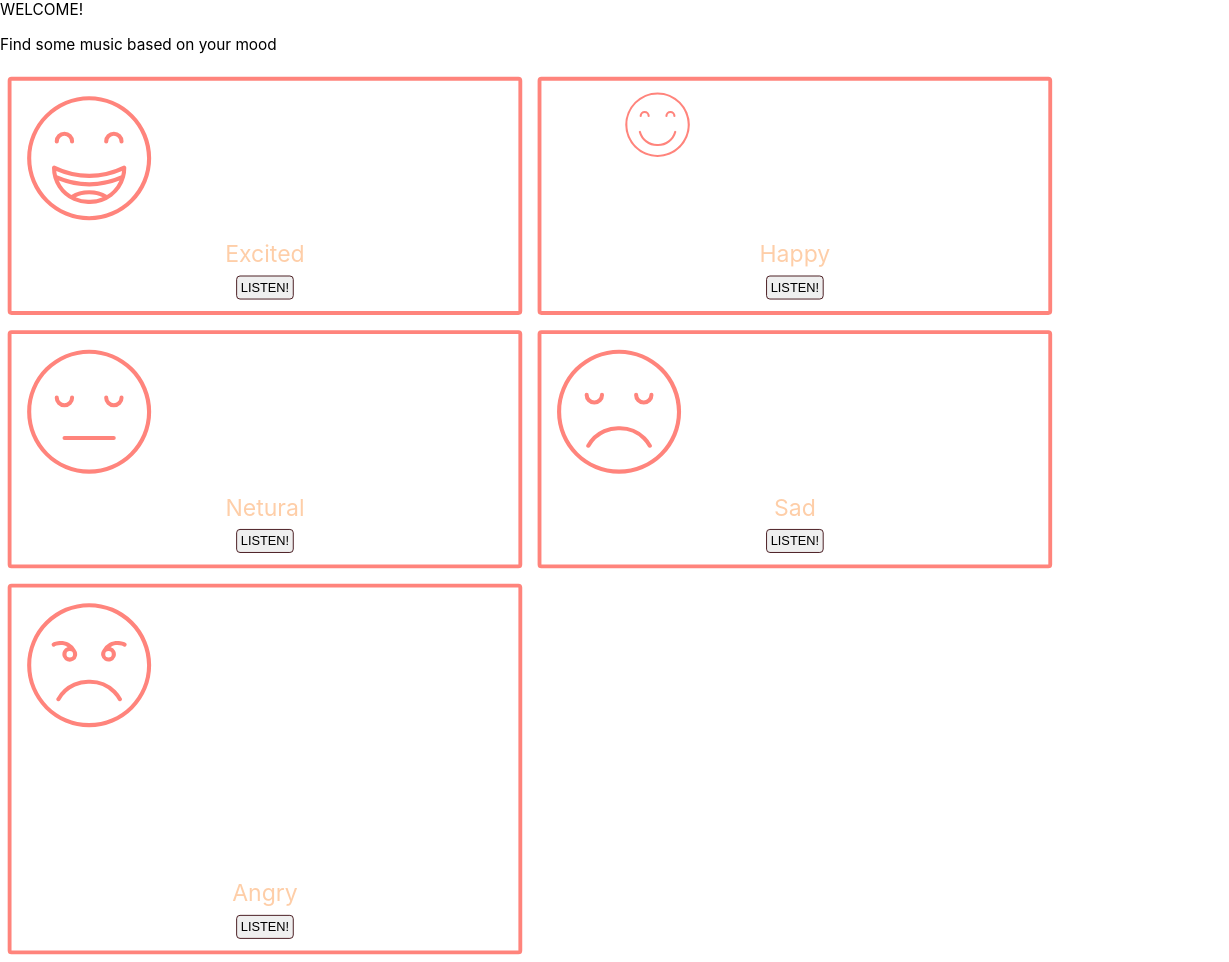
Repository: majakesin/moodify-app
Page: /
These files come from the project's save history. The page is drawn as it stood at one moment and after the next save; the edit follows.
The browser window is 1280 px wide. The pictures show the whole page, at 96% of full size.
The project was rebuilt for these pictures with package versions that can differ from the ones it lists, and the page was loaded fresh each time.

Above is the page before, as saved 2023-08-21 13:06:10.

### public/index.html
<!DOCTYPE html>
<html lang="en">
  <head>
    <meta charset="utf-8" />
    <link rel="icon" href="%PUBLIC_URL%/logo.svg" />
    <meta name="viewport" content="width=device-width, initial-scale=1" />
    <meta name="theme-color" content="#000000" />
    <meta
      name="description"
      content="Moodify -- App that gives yours ears the best music based on your mood"
    />
    <link rel="apple-touch-icon" href="%PUBLIC_URL%/logo.svg" />
    <!--
      manifest.json provides metadata used when your web app is installed on a
      user's mobile device or desktop. See https://developers.google.com/web/fundamentals/web-app-manifest/
    -->
    <link rel="manifest" href="%PUBLIC_URL%/manifest.json" />
    <!--
      Notice the use of %PUBLIC_URL% in the tags above.
      It will be replaced with the URL of the `public` folder during the build.
      Only files inside the `public` folder can be referenced from the HTML.

      Unlike "/favicon.ico" or "favicon.ico", "%PUBLIC_URL%/favicon.ico" will
      work correctly both with client-side routing and a non-root public URL.
      Learn how to configure a non-root public URL by running `npm run build`.
    -->
    <title>Moodify</title>
  </head>
  <body>
    <noscript>You need to enable JavaScript to run this app.</noscript>
    <div id="root"></div>
    <!--
      This HTML file is a template.
      If you open it directly in the browser, you will see an empty page.

      You can add webfonts, meta tags, or analytics to this file.
      The build step will place the bundled scripts into the <body> tag.

      To begin the development, run `npm start` or `yarn start`.
      To create a production bundle, use `npm run build` or `yarn build`.
    -->
  </body>
</html>

### src/App.js
import "./App.css";
import ChooseMood from "./pages/ChooseMood";

function App() {
  return (
    <div className="App">
      <ChooseMood />
    </div>
  );
}

export default App;

### src/App.css
button {
  border: 1px solid var(--first-color);
  border-radius: 4px;
  padding: 4px;
  margin: 4px;
}

button:hover {
  cursor: pointer;
}

### src/pages/ChooseMood/index.jsx
import { moods } from 'src/data/moods'
import Mood from 'src/components/Mood';

import styles from './index.module.css';

const ChooseMood = () => {

    return (
        <div>
            WELCOME!
            <p>Find some music based on your mood </p>
            <div className={styles['mood-list']}>
                {moods.map(({ type, icon }) => {
                    return (<Mood type={type} icon={icon} />)
                })}
            </div>
        </div>
    )

};

export default ChooseMood;

### src/data/moods.js
export const moods = [
    {
        type: 'Excited',
        icon: <svg id="SvgjsSvg1081" xmlns="http://www.w3.org/2000/svg" version="1.1" xmlnsXlink="http://www.w3.org/1999/xlink" xmlnsSvgjs="http://svgjs.com/svgjs">
                <defs id="SvgjsDefs1082"></defs>
                <g id="SvgjsG1083">
                    <svg   preserveAspectRatio="xMidYMid meet" xmlns="http://www.w3.org/2000/svg" data-name="Layer 1" viewBox="0 0 1012 1012" width="288" height="288">
                        <path fill="currentcolor" d="M416.51318,95.48682A226.99992,226.99992,0,1,0,95.48682,416.51318,226.99992,226.99992,0,1,0,416.51318,95.48682ZM256,468C139.103,468,44,372.897,44,256S139.103,44,256,44s212,95.103,212,212S372.897,468,256,468ZM137.5,202a7.50006,7.50006,0,0,0,7.5-7.5,20.5,20.5,0,0,1,41,0,7.5,7.5,0,0,0,15,0,35.5,35.5,0,0,0-71,0A7.50006,7.50006,0,0,0,137.5,202Zm181,0a7.50006,7.50006,0,0,0,7.5-7.5,20.5,20.5,0,0,1,41,0,7.5,7.5,0,0,0,15,0,35.5,35.5,0,0,0-71,0A7.50006,7.50006,0,0,0,318.5,202Zm69.95947,82.13037a7.49875,7.49875,0,0,0-7.27832-.356A284.51645,284.51645,0,0,1,257.5,313h-1.48a284.55042,284.55042,0,0,1-125.2002-29.2251A7.4999,7.4999,0,0,0,120,290.5a132.31839,132.31839,0,0,0,79.15625,121.32324A131.47888,131.47888,0,0,0,252.5,423h7a132.5854,132.5854,0,0,0,127.794-97.37988A133.06894,133.06894,0,0,0,392,290.5,7.5003,7.5003,0,0,0,388.45947,284.13037ZM259.5,408h-7a116.58888,116.58888,0,0,1-46.02222-9.36157C219.72205,391.8783,237.33752,388,256.002,388c18.66236,0,36.27466,3.87708,49.51734,10.63538A116.56076,116.56076,0,0,1,259.5,408Zm83.08691-34.41309a117.56809,117.56809,0,0,1-21.38024,16.93219C305.07166,379.48517,281.17847,373,256.002,373c-25.18383,0-49.0852,6.48932-65.22168,17.52966a116.81051,116.81051,0,0,1-46.07495-53.13611,299.90773,299.90773,0,0,0,111.31323,21.61036c.5044,0,1.01612-.00147,1.52051-.00391A300.023,300.023,0,0,0,367.2478,337.40454,117.86031,117.86031,0,0,1,342.58691,373.58691ZM373.6593,318.347A284.8703,284.8703,0,0,1,257.46094,344c-.49219.00293-.97412.00391-1.46387.00391a284.90227,284.90227,0,0,1-117.65942-25.65967,117.74477,117.74477,0,0,1-2.72388-15.77832A299.64178,299.64178,0,0,0,256.02,328h1.519a299.80874,299.80874,0,0,0,118.84668-25.43555A117.6884,117.6884,0,0,1,373.6593,318.347Z" class="color2c2b2d svgShape"></path>
                    </svg>
                </g>
             </svg>
    },
    {
        type: 'Happy',
        icon: <svg id="SvgjsSvg1102" xmlns="http://www.w3.org/2000/svg" version="1.1" xmlnsXlink="http://www.w3.org/1999/xlink" xmlnsSvgjs="http://svgjs.com/svgjs">
                <defs id="SvgjsDefs1103"></defs>
                <g id="SvgjsG1104">
                    <svg xmlns="http://www.w3.org/2000/svg" data-name="Layer 1" viewBox="0 0 1012 1012" >
                        <path fill="currentcolor" d="M382.042,299.40674a7.496,7.496,0,0,0-9.21582,5.251A117.42927,117.42927,0,0,1,259.5,391h-7a117.41578,117.41578,0,0,1-113.32715-86.33447,7.49971,7.49971,0,1,0-14.46484,3.96875A132.417,132.417,0,0,0,252.5,406h7a132.58733,132.58733,0,0,0,127.793-97.37744A7.4999,7.4999,0,0,0,382.042,299.40674ZM416.51367,95.48682A227.00026,227.00026,0,0,0,95.48633,416.51318,227.00026,227.00026,0,0,0,416.51367,95.48682ZM256,468C139.10254,468,44,372.897,44,256S139.10254,44,256,44s212,95.103,212,212S372.89746,468,256,468ZM137.5,202a7.49974,7.49974,0,0,0,7.5-7.5,20.5,20.5,0,0,1,41,0,7.5,7.5,0,0,0,15,0,35.5,35.5,0,0,0-71,0A7.49974,7.49974,0,0,0,137.5,202Zm181,0a7.49974,7.49974,0,0,0,7.5-7.5,20.5,20.5,0,0,1,41,0,7.5,7.5,0,0,0,15,0,35.5,35.5,0,0,0-71,0A7.49974,7.49974,0,0,0,318.5,202Z" class="color2c2b2d svgShape"></path>
                    </svg>
                </g>
            </svg> ,
    },
    {
        type: 'Netural',
        icon: <svg id="SvgjsSvg1123" width="288" xmlns="http://www.w3.org/2000/svg" version="1.1" xmlnsXlink="http://www.w3.org/1999/xlink" xmlnsSvgjs="http://svgjs.com/svgjs">
                <defs id="SvgjsDefs1124"></defs>
                <g id="SvgjsG1125">
                    <svg xmlns="http://www.w3.org/2000/svg" data-name="Layer 1" viewBox="0 0 1012 1012" width="288" height="288">
                        <path fill="currentcolor" d="M201,204.5a7.5,7.5,0,0,0-15,0,20.5,20.5,0,0,1-41,0,7.5,7.5,0,0,0-15,0,35.5,35.5,0,0,0,71,0ZM374.5,197a7.50006,7.50006,0,0,0-7.5,7.5,20.5,20.5,0,0,1-41,0,7.5,7.5,0,0,0-15,0,35.5,35.5,0,0,0,71,0A7.50006,7.50006,0,0,0,374.5,197ZM416.51318,95.48682A226.99992,226.99992,0,1,0,95.48682,416.51318,226.99992,226.99992,0,1,0,416.51318,95.48682ZM256,468C139.103,468,44,372.897,44,256S139.103,44,256,44s212,95.103,212,212S372.897,468,256,468Zm90-123H166a7.5,7.5,0,0,0,0,15H346a7.5,7.5,0,0,0,0-15Z" class="color2c2b2d svgShape"></path>
                    </svg>
                </g>
            </svg>,
    },
    {
        type: 'Sad',
        icon: <svg id="SvgjsSvg1193" width="288" xmlns="http://www.w3.org/2000/svg" version="1.1" xmlnsXlink="http://www.w3.org/1999/xlink" xmlnsSvgjs="http://svgjs.com/svgjs">
                <defs id="SvgjsDefs1194"></defs>
                <g id="SvgjsG1195">
                    <svg xmlns="http://www.w3.org/2000/svg" data-name="Layer 1" viewBox="0 0 1012 1012" width="288" height="288">
                         <path fill="currentcolor" d="M165.5,230A35.54028,35.54028,0,0,0,201,194.5a7.5,7.5,0,0,0-15,0,20.5,20.5,0,0,1-41,0,7.5,7.5,0,0,0-15,0A35.54028,35.54028,0,0,0,165.5,230Zm209-43a7.50006,7.50006,0,0,0-7.5,7.5,20.5,20.5,0,0,1-41,0,7.5,7.5,0,0,0-15,0,35.5,35.5,0,0,0,71,0A7.50006,7.50006,0,0,0,374.5,187ZM353.19336,347.94678A132.16887,132.16887,0,0,0,259.5,309.14014h-7a131.47793,131.47793,0,0,0-53.34082,11.17529,133.55143,133.55143,0,0,0-62.24854,56.51221,7.50013,7.50013,0,0,0,13.07911,7.34472,118.4576,118.4576,0,0,1,55.21435-50.1289A116.57358,116.57358,0,0,1,252.5,324.14014h7a117.16738,117.16738,0,0,1,83.08691,34.41308,117.92616,117.92616,0,0,1,19.42432,25.62061,7.5,7.5,0,0,0,13.07715-7.34766A132.92018,132.92018,0,0,0,353.19336,347.94678Zm63.31982-252.46A226.99992,226.99992,0,1,0,95.48682,416.51318,226.99992,226.99992,0,1,0,416.51318,95.48682ZM256,468C139.103,468,44,372.897,44,256S139.103,44,256,44s212,95.103,212,212S372.897,468,256,468Z" class="color2c2b2d svgShape"></path>
                    </svg>
                </g>
            </svg>,
    },
    {
        type: 'Angry',
        icon: <svg xmlns="http://www.w3.org/2000/svg" data-name="Layer 1" viewBox="0 0 1012 1012" width="288" height="288">
                <path fill="currentcolor" d="M353.19336,347.94629A132.1737,132.1737,0,0,0,259.5,309.13965h-7a131.5101,131.5101,0,0,0-53.3418,11.17578,133.55212,133.55212,0,0,0-62.24707,56.51172,7.49995,7.49995,0,0,0,13.07813,7.3457A118.46814,118.46814,0,0,1,205.20313,334.043,116.60013,116.60013,0,0,1,252.5,324.13965h7a117.16506,117.16506,0,0,1,83.08691,34.41406,117.92838,117.92838,0,0,1,19.42481,25.62012,7.49957,7.49957,0,1,0,13.07617-7.34766A132.91978,132.91978,0,0,0,353.19336,347.94629ZM416.51367,95.48682A227.00044,227.00044,0,0,0,95.48633,416.51367,227.00044,227.00044,0,0,0,416.51367,95.48682ZM256,468C139.10254,468,44,372.89746,44,256,44,139.103,139.10254,44,256,44s212,95.103,212,212C468,372.89746,372.89746,468,256,468ZM175.12207,188.29736c.96533.53955,1.88086,1.10938,2.769,1.69336a27.02454,27.02454,0,1,0,28.58863,9.52246,62.7776,62.7776,0,0,0-24.04029-24.31005c-27.82519-15.55176-56.1748-2.73292-59.31445-1.21973a7.49994,7.49994,0,1,0,6.50977,13.51367C132.05762,186.33057,153.91113,176.44189,175.12207,188.29736ZM185.12012,204a12,12,0,1,1-12,12A12.01344,12.01344,0,0,1,185.12012,204ZM388.875,173.9834c-3.1416-1.51367-31.49121-14.33447-59.31348,1.21924a62.778,62.778,0,0,0-24.04126,24.31054,26.989,26.989,0,1,0,28.58887-9.52234c.88843-.58435,1.804-1.15429,2.76978-1.694,21.21191-11.85743,43.06347-1.96631,45.48632-.79981A7.49994,7.49994,0,1,0,388.875,173.9834ZM338.87988,216a12,12,0,1,1-12-12A12.01343,12.01343,0,0,1,338.87988,216Z" class="color2c2b2d svgShape"></path>
              </svg>,
    }

]

### src/components/Mood/index.jsx
import styles from './index.module.css';

const Mood = (props) => {

    const { type, icon } = props;

    return (
        <div className={styles.card}>
            <div className={styles.icon}>
                {icon}
            </div>
            <div className={styles.content}>
               <span className={styles.title}> {type} </span>
             <button> LISTEN!</button>
            </div>
        </div>
    )
};

export default Mood;

### src/pages/ChooseMood/index.module.css

.wrap {
 color: var(--first-color);
}

.mood-list {
    display: flex;
    flex-direction: row;
    flex-wrap: wrap;
}

### src/components/Mood/index.module.css

@import '../../styles/variables.css';

.card {
    border: 4px solid var(--third-color);
    border-radius: 4px;
    margin: 8px;
    padding: 8px;
    width: 40vw;
}

.icon {
    color: var(--third-color);
}

.content {
    display: flex;
    flex-direction: column;
    align-items: center;

}

.title {
    font-size: 24px;
    color: var(--fourth-color);
    margin: 4px;
}

### src/styles/variables.css
:root,
:root.pink {
    --first-color: #45171d;
    --second-color: #e84a5f;
    --third-color: #ff847c;
    --fourth-color: #fecea8;
}
    :root.rainbow {
        --first-color: #cbf078;
        --second-color: #f8f398;
        --third-color: #f1b963;
        --fourth-color: #e46161;
    }
    :root.blue {
        --first-color: #5585b5;
        --second-color: #53a8b6;
        --third-color: #79c2d0;
        --fourth-color: #bbe4e9;
    }

Loaded but not shown: src/index.js (common file); src/index.css (common file); src/reportWebVitals.js (common file)

After the next save:
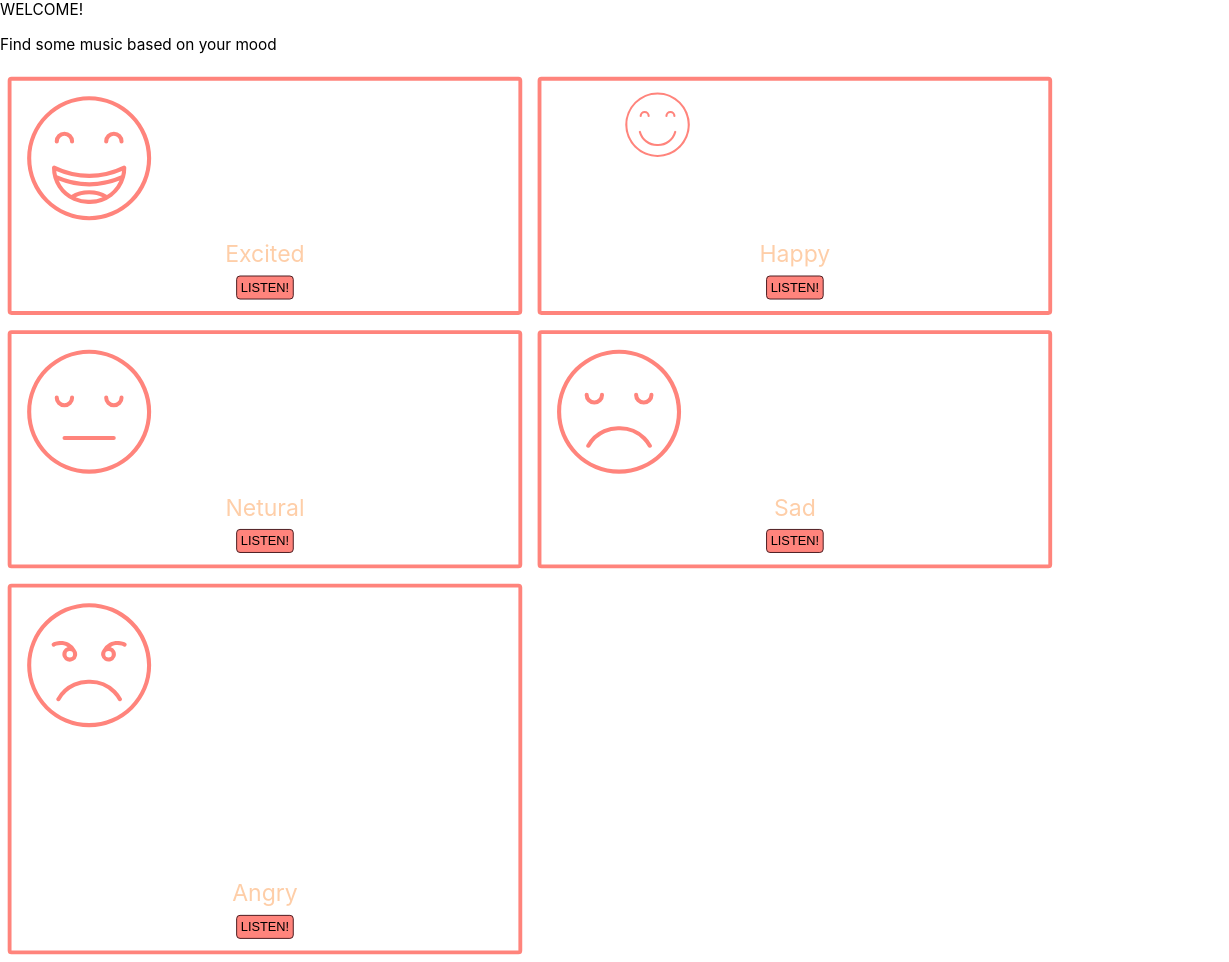
Saved 38 s later.
--- a/src/App.css
+++ b/src/App.css
@@ -3,6 +3,7 @@ button {
   border-radius: 4px;
   padding: 4px;
   margin: 4px;
+  background-color: var(--third-color);
 }
 
 button:hover {
